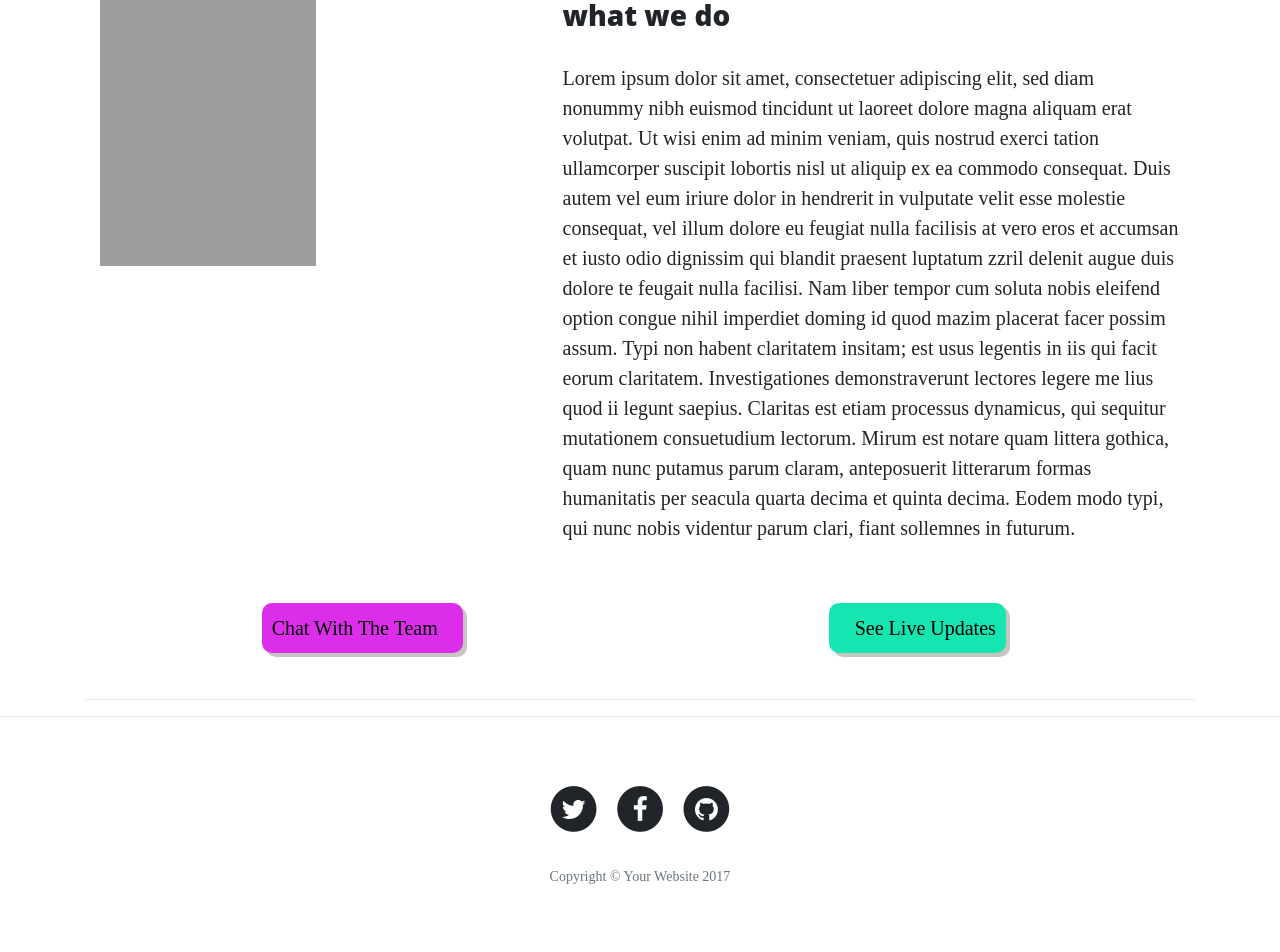
Repository: cachimiro/los-pochoclos
Page: http://localhost/charity
The author's editor kept a record of every edit. The page is drawn from the files as they stood at one moment, then again after the next edit.
The browser window is 1280 px wide. The pictures show the part of the page from y = 1902 to 2854 px (the page is 2854 px tall).
Pictures or frames that could not be fetched are drawn as grey boxes. The page is served by the project's application, run on Flask 3 (run.py). Other server files are loaded and not shown.

Above is the page before.

### templates/charity.html
{% extends 'base.html' %} {% block content %}

  <!---- style for image slide show------>

<style>
.mySlides {
  display: none;
}

img {
  vertical-align: middle;
}

/* Slideshow container */

.slideshow-container {
  max-width: 1000px;
  position: relative;
  margin: auto;
}


/* Fading animation */

.fade {
  -webkit-animation-name: fade;
  -webkit-animation-duration: 3s;
  animation-name: fade;
  animation-duration: 3s;
  width: 80%;


}

@-webkit-keyframes fade {
  from {
    opacity: .4
  }
  to {
    opacity: 1
  }
}

@keyframes fade {
  from {
    opacity: .4
  }
  to {
    opacity: 1
  }
}

/* On smaller screens, decrease text size */

@media only screen and (max-width: 300px) {
  .text {
    font-size: 11px
  }
}
.header-what-we-do{
  margin-top: 100px;

}
/*---------- style for buttons at the end of the section*/
.col-lg-6, .col-md-6, .col-sm-6 button{
  text-align: center;
  padding:10px;
}
button{
  margin: 20px;
  border-radius: 10px;
  text-decoration:none;
  background-color:#dc2deb;
  border:none;
  box-shadow: 4px 4px #c8c4c4;
}
.colour-change{
  background-color: #15e5b1;
}



</style>
<h2>

   {{ page_title }}

</h2><header class="masthead" style="background-image: url('https://scontent-lht6-1.xx.fbcdn.net/v/t1.0-9/198979_183783401664354_8256655_n.jpg?_nc_cat=107&_nc_ohc=fo7OV44w-2MAQn056HLddJiNwwdMlJGb7H2xHXyMq6WGMhgtGDJShV99A&_nc_ht=scontent-lht6-1.xx&oh=b607f42559864e66febb7cb282797aff&oe=5E6CB1C7')"><div class="overlay"></div><div class="container"><div class="row"><div class="col-lg-8 col-md-10 mx-auto"><div class="post-heading"><h1 style=" text-align:  center; margin:10px">Her Name IS Tanya</h1><h2 class="subheading" style=" text-align:  center">She is the reason this charity is taking place</h2></div></div></div></div></header><section><div class="container"><div class="row"><div class="col-lg-7 col-md-7 "><h3>why we do it</h3><p>Lorem ipsum dolor sit amet,
consectetuer adipiscing elit,
sed diam nonummy nibh euismod tincidunt ut laoreet dolore magna aliquam erat volutpat. Ut wisi enim ad minim veniam,
quis nostrud exerci tation ullamcorper suscipit lobortis nisl ut aliquip ex ea commodo consequat. Duis autem vel eum iriure dolor in hendrerit in vulputate velit esse molestie consequat,
vel illum dolore eu feugiat nulla facilisis at vero eros et accumsan et iusto odio dignissim qui blandit praesent luptatum zzril delenit augue duis dolore te feugait nulla facilisi. Nam liber tempor cum soluta nobis eleifend option congue nihil imperdiet doming id quod mazim placerat facer possim assum. Typi non habent claritatem insitam;
est usus legentis in iis qui facit eorum claritatem. Investigationes demonstraverunt lectores legere me lius quod ii legunt saepius. Claritas est etiam processus dynamicus,
qui sequitur mutationem consuetudium lectorum. Mirum est notare quam littera gothica,
quam nunc putamus parum claram,
anteposuerit litterarum formas humanitatis per seacula quarta decima et quinta decima. Eodem modo typi,
qui nunc nobis videntur parum clari,
fiant sollemnes in futurum.</p>
</div>
<div class="col-lg-5 col-md-5 " id="slide-show-photos">
  <div class="slideshow-container">
    <div class="mySlides fade">
      <img src="../static/img/tanya.jpg" style="width:100%"></div>
      <div class="mySlides fade">
        <img src="../static/img/tanya johann me.jpg" style="width:100%">
        </div>
        <div class="mySlides fade">
          <img src="../static/img/tanya johann boat.jpg" style="width:100%">
          </div>
          <div class="mySlides fade">
            <img src="https://scontent-lht6-1.xx.fbcdn.net/v/t1.0-9/25386_102864843089544_4935509_n.jpg?_nc_cat=103&_nc_ohc=gEBut99aF3IAQkGh2dldj7rDEqOye1kls_eliVdeWwcZ1DdaCadag5gFQ&_nc_ht=scontent-lht6-1.xx&oh=cae8cc26c64154a938cf9d5bbbaead0b&oe=5E72ED2F" style="width:100%">
            </div>
            <div class="mySlides fade">
              <img src="https://scontent-lht6-1.xx.fbcdn.net/v/t1.0-9/180900_177976592245035_1671228_n.jpg?_nc_cat=109&_nc_ohc=qDvnJq8rDvAAQloh-x4Y1ss8SHi2GQDt0S3Kc7WZ157JWn1C8r6mT0zFA&_nc_ht=scontent-lht6-1.xx&oh=0b086a2d586bd58b9278851fe02b9c69&oe=5E89726A" style="width:100%">
              </div>
              <div class="mySlides fade">
                <img src="https://scontent-lht6-1.xx.fbcdn.net/v/t1.0-9/39856_129568613752500_1749319_n.jpg?_nc_cat=107&_nc_ohc=VbtnikZ4UBIAQm_39U4ICHl5PVwWSM9EfFt46WSFkuyafOAVk16vLfBNQ&_nc_ht=scontent-lht6-1.xx&oh=3916972b16bf0ef1aaa6dbd30f918e8c&oe=5E857C1F" style="width:100%">
                </div>
                <div class="mySlides fade">
                  <img src="https://scontent-lht6-1.xx.fbcdn.net/v/t1.0-9/23616_102168856492476_1335747_n.jpg?_nc_cat=100&_nc_ohc=_Y0Ii_6dvjcAQld-oXSXNZD6aHam7c5aFn1_Psz9tGSr24VNRF43ApxNg&_nc_ht=scontent-lht6-1.xx&oh=45c7b910adaab8b106013aae4438ef9c&oe=5E7C4A69" style="width:100%">
                  </div>
                  <div class="mySlides fade">
                    <img src="https://scontent-lht6-1.xx.fbcdn.net/v/t1.0-9/23616_102168843159144_7658005_n.jpg?_nc_cat=105&_nc_ohc=C1_1UhY55poAQmDDsgh1mSU5BhCB98OIYsiea9VLHcAAWtw3R7zCmK9Qw&_nc_ht=scontent-lht6-1.xx&oh=c30c6dd46ef4eb20c48488902b23b23b&oe=5E679151" style="width:100%">
                    </div>
                    <div class="mySlides fade">
                      <img src="https://scontent-lht6-1.xx.fbcdn.net/v/t1.0-9/23616_102168839825811_4312866_n.jpg?_nc_cat=103&_nc_ohc=7XZMiaFhE68AQlGjjlRyDXl-6vRoc4kv43HAD3T51gYsdx9m0FwPdykvA&_nc_ht=scontent-lht6-1.xx&oh=14b57c4db923190f0b434e5ee2c40ac8&oe=5E84D878" style="width:100%">
                      </div>
                      <div class="mySlides fade">
                        <img src="https://scontent-lht6-1.xx.fbcdn.net/v/t1.0-9/23616_102168826492479_7425229_n.jpg?_nc_cat=102&_nc_ohc=P069FW_Xm0MAQmMMkUpeGYPFX3nCmj2GIx885TjCuPyCAKm8NxeiozWWA&_nc_ht=scontent-lht6-1.xx&oh=7587277eeb2a455100c6cf21e5ccabec&oe=5E7725B3" style="width:100%">
                        </div>
                        <div class="mySlides fade">
                          <img src="https://scontent-lht6-1.xx.fbcdn.net/v/t1.0-9/23616_102168796492482_5337829_n.jpg?_nc_cat=111&_nc_ohc=h9tve8Wh-joAQlkQ4HomnAXcCsh_u3Y_tedr8m8sGSzLUf8caP8--Y27g&_nc_ht=scontent-lht6-1.xx&oh=75648782b4571c95bec1810f26d56d2e&oe=5E6C4F18" style="width:100%">
                          </div>

                          </div>
                          </div>
                          <div class="container">
                            <div class="row">
                              <div class="col-lg-5 col-md-5 ">

                  <img src="https://image.freepik.com/free-vector/red-coming-soon-neon-icon-vector_53876-63152.jpg"></img>

       </div>
     <div class="col-lg-7 col-md-7 ">
   <h3 class="header-what-we-do">what we do</h3>
   <p>Lorem ipsum dolor sit amet,
consectetuer adipiscing elit,
sed diam nonummy nibh euismod tincidunt ut laoreet dolore magna aliquam erat volutpat. Ut wisi enim ad minim veniam,
quis nostrud exerci tation ullamcorper suscipit lobortis nisl ut aliquip ex ea commodo consequat. Duis autem vel eum iriure dolor in hendrerit in vulputate velit esse molestie consequat,
vel illum dolore eu feugiat nulla facilisis at vero eros et accumsan et iusto odio dignissim qui blandit praesent luptatum zzril delenit augue duis dolore te feugait nulla facilisi. Nam liber tempor cum soluta nobis eleifend option congue nihil imperdiet doming id quod mazim placerat facer possim assum. Typi non habent claritatem insitam;
est usus legentis in iis qui facit eorum claritatem. Investigationes demonstraverunt lectores legere me lius quod ii legunt saepius. Claritas est etiam processus dynamicus,
qui sequitur mutationem consuetudium lectorum. Mirum est notare quam littera gothica,
quam nunc putamus parum claram,
anteposuerit litterarum formas humanitatis per seacula quarta decima et quinta decima. Eodem modo typi,
qui nunc nobis videntur parum clari,
fiant sollemnes in futurum.</p>

</p>
</div>
</div>
</div>
<div class="container">
  <div class="row">
    <div class="col-lg-6 col-md-6 col-sm-6">
      <button>Chat With The Team<i class="fas fa-users"></i></button>
    </div>
    <div class="col-lg-6 col-md-6 col-sm-6">
      <button class="colour-change"><i class="fas fa-users"></i>See Live Updates</button>
    </div>
  </div>
</div>
</section>
<hr>
<script>
var slideIndex=0;
showSlides();

function showSlides() {
  var i;
  var slides=document.getElementsByClassName("mySlides");
  var stopSlideShow=document.getElementsByClassName('stop-Slide-Show');
  for (i=0;
  i < slides.length;
  i++) {
    slides[i].style.display="none";
  }
  slideIndex++;
  if (slideIndex > slides.length) {
    slideIndex=1
  }

  slides[slideIndex-1].style.display="block";
  setTimeout(showSlides, 3000); // Change image every 2 seconds

}




</script>
{% endblock %}

### templates/base.html
<!DOCTYPE html>
<html lang="en">
<head>
    <meta charset="UTF-8">
    <meta name="viewport" content="width=device-width, initial-scale=1.0">
    <meta http-equiv="X-UA-Compatible" content="ie=edge">
    <link href="https://stackpath.bootstrapcdn.com/font-awesome/4.7.0/css/font-awesome.min.css" rel="stylesheet" integrity="sha384-wvfXpqpZZVQGK6TAh5PVlGOfQNHSoD2xbE+QkPxCAFlNEevoEH3Sl0sibVcOQVnN" crossorigin="anonymous">
    <link href="{{ url_for('static', filename='vendor/bootstrap/css/bootstrap.min.css') }}" rel="stylesheet">
    <link rel="stylesheet" href="{{ url_for('static', filename='css/clean-blog.min.css') }}" type="text/css" />
    <link rel="stylesheet" href="{{ url_for('static', filename='css/style.css') }}" type="text/css" />
    <title>Los Pochocolos</title>
</head>
<body>
    <!-- Navigation -->
    <nav class="navbar navbar-expand-lg navbar-light fixed-top" id="mainNav">
        <div class="container">
            <a class="navbar-brand" href="{{url_for('index') }}">Finca Los Pochocolos</a>
            <button class="navbar-toggler navbar-toggler-right" type="button" data-toggle="collapse" data-target="#navbarResponsive" aria-controls="navbarResponsive" aria-expanded="false" aria-label="Toggle navigation">
          Menu
          <i class="fa fa-bars"></i>
        </button>
            <div class="collapse navbar-collapse" id="navbarResponsive">
                <ul class="navbar-nav ml-auto">
                    <li class="nav-item">
                        <a class="nav-link" href="{{ url_for('index') }}">Home</a>
                    </li>
                    <li class="nav-item">
                        <a class="nav-link" href="{{ url_for('about') }}">About</a>
                    </li>
                    <li class="nav-item">
                        <a class="nav-link" href="{{ url_for('contact') }}">Contact</a>
                    </li>
                    <li class="nav-item">
                        <a class="nav-link" href="{{ url_for('careers') }}">Careers</a>
                    </li>
                       <li class="nav-item">
                        <a class="nav-link" href="{{ url_for('charity') }}">Charity</a>
                    </li>
                </ul>
            </div>
        </div>
    </nav>

    <!-- Page Header -->
    <header class="masthead" style="background-image: url('https://berakatours.com/wp-content/uploads/2017/09/Avistamiento-Aves-Colombia.jpg')">
        <div class="overlay"></div>
        <div class="container">
            <div class="row">
                <div class="col-lg-8 col-md-10 mx-auto">
                    <div class="site-heading">
                        <h1>Los Pocholos</h1>
                        <span class="subheading">Turismo En La Guajira Colombia</span>
                    </div>
                </div>
            </div>
        </div>
    </header>

    <!-- Main Content -->
    <div class="container">
        {% block content %} {% endblock %}
    </div>

    <hr>

    <!-- Footer -->
    <footer>
        <div class="container">
            <div class="row">
                <div class="col-lg-8 col-md-10 mx-auto">
                    <ul class="list-inline text-center">
                        <li class="list-inline-item">
                            <a href="#">
                                <span class="fa-stack fa-lg">
                    <i class="fa fa-circle fa-stack-2x"></i>
                    <i class="fa fa-twitter fa-stack-1x fa-inverse"></i>
                  </span>
                            </a>
                        </li>
                        <li class="list-inline-item">
                            <a href="#">
                                <span class="fa-stack fa-lg">
                    <i class="fa fa-circle fa-stack-2x"></i>
                    <i class="fa fa-facebook fa-stack-1x fa-inverse"></i>
                  </span>
                            </a>
                        </li>
                        <li class="list-inline-item">
                            <a href="#">
                                <span class="fa-stack fa-lg">
                    <i class="fa fa-circle fa-stack-2x"></i>
                    <i class="fa fa-github fa-stack-1x fa-inverse"></i>
                  </span>
                            </a>
                        </li>
                    </ul>
                    <p class="copyright text-muted">Copyright &copy; Your Website 2017</p>
                </div>
            </div>
        </div>
    </footer>

    <!-- Bootstrap core JavaScript -->
    <script src="{{ url_for('static', filename='vendor/jquery/jquery.min.js') }}"></script>
    <script src="{{ url_for('static', filename='vendor/bootstrap/js/bootstrap.bundle.min.js') }}"></script>

    <!-- Custom scripts for this template -->
    <script src="{{ url_for('static', filename='js/clean-blog.min.js') }}"></script>

</body>
</html>

### run.py
import os
import json
from flask import Flask, render_template, request,redirect, flash, url_for
from flask_pymongo import PyMongo
from bson.objectid import ObjectId

app = Flask(__name__)
app.config["MONGO_DBNAME"] = 'reviews'
app.config["MONGO_URI"] = "mongodb+srv://root:Johann@myfirstcluster-ugp0n.mongodb.net/reviews?retryWrites=true&w=majority"

mongo = PyMongo(app)
app.secret_key = "cachimiro"

# code to be ble to see reviews
@app.route('/view_reviews')
def get_reviews():
    return render_template("reviews.html", opinion=mongo.db.opinion.find())

# this line of code will allow costumesr to add reviews
@app.route('/add_review')
def add_review():
    return render_template('add-reviews.html')


@app.route('/add_review', methods=['POST'])
def insert_task():
    tasks = mongo.db.opinion
    tasks.insert_one(request.form.to_dict())
    return redirect(url_for('get_reviews'))

# code for conecting templates
@app.route('/')
def index():
    return render_template("index.html")


@app.route('/about')
def about():
    data = []
    with open("data/company.json", "r") as json_data:
        data = json.load(json_data)
    return render_template("about.html", page_title="About", company=data)

@app.route('/about/<member_name>')
def about_member(member_name):
    member = {}

    with open("data/company.json", "r") as json_data:
        data = json.load(json_data)
        for obj in data:
            if obj["url"] == member_name:
                member = obj

    return render_template("member.html", member=member)




@app.route('/contact', methods=["GET", "POST"])
def contact():
    if request.method == "POST":
        flash("Thanks {}, we have received your message".format(
            request.form["name"]
        ))
    return render_template("contact.html", page_title="Contact")


@app.route('/careers')
def careers():
   return render_template("careers.html", page_title="careers")

@app.route('/charity')
def charity():
   return render_template("charity.html", page_title="charity")

if __name__ == '__main__':
    app.run(host=os.environ.get('IP'),
            port=int(os.environ.get('PORT')),
            debug=True)


# chat function will go here all the code thats going to be provided from here is for that chat area
#pesonal note i will coment out this section for a moment need to work on other html
"""
import os
from datetime import datetime
from flask import Flask, redirect, render_template, request, session, url_for


app = Flask(__name__)
app.secret_key = os.getenv("SECRET","randomstring123")
messages = []


def add_message(username, message):
    #Add messages to the `messages` list
    now = datetime.now().strftime("%H:%M:%S")
    messages.append({"timestamp": now, "from": username, "message": message})


@app.route("/", methods=["GET", "POST"])
def chat_room():
    #Main page with instructions
    if request.method == "POST":
        session["username"] = request.form["username"]

    if "username" in session:
        return redirect(url_for("user", username=session["username"]))

    return render_template("index.html")


@app.route("/chat/<username>", methods=["GET", "POST"])
def user(username):
    #Add and display chat messages
    if request.method == "POST":
        username = session["username"]
        message = request.form["message"]
        add_message(username, message)
        return redirect(url_for("user", username=session["username"]))

    return render_template("chat.html", username=username,
                           chat_messages=messages)


app.run(host=os.getenv("IP", "0.0.0.0"),
        port=int(os.getenv("PORT", "5000")), debug=False)

 """

### static/css/style.css
.col-md-5 img {
    width: 50%;
    height: 50%;
    margin-top: 30px;
    margin-bottom: 50px;

}

Loaded but not shown: static/css/clean-blog.min.css (library); static/js/clean-blog.min.js (common file)

After the next edit:
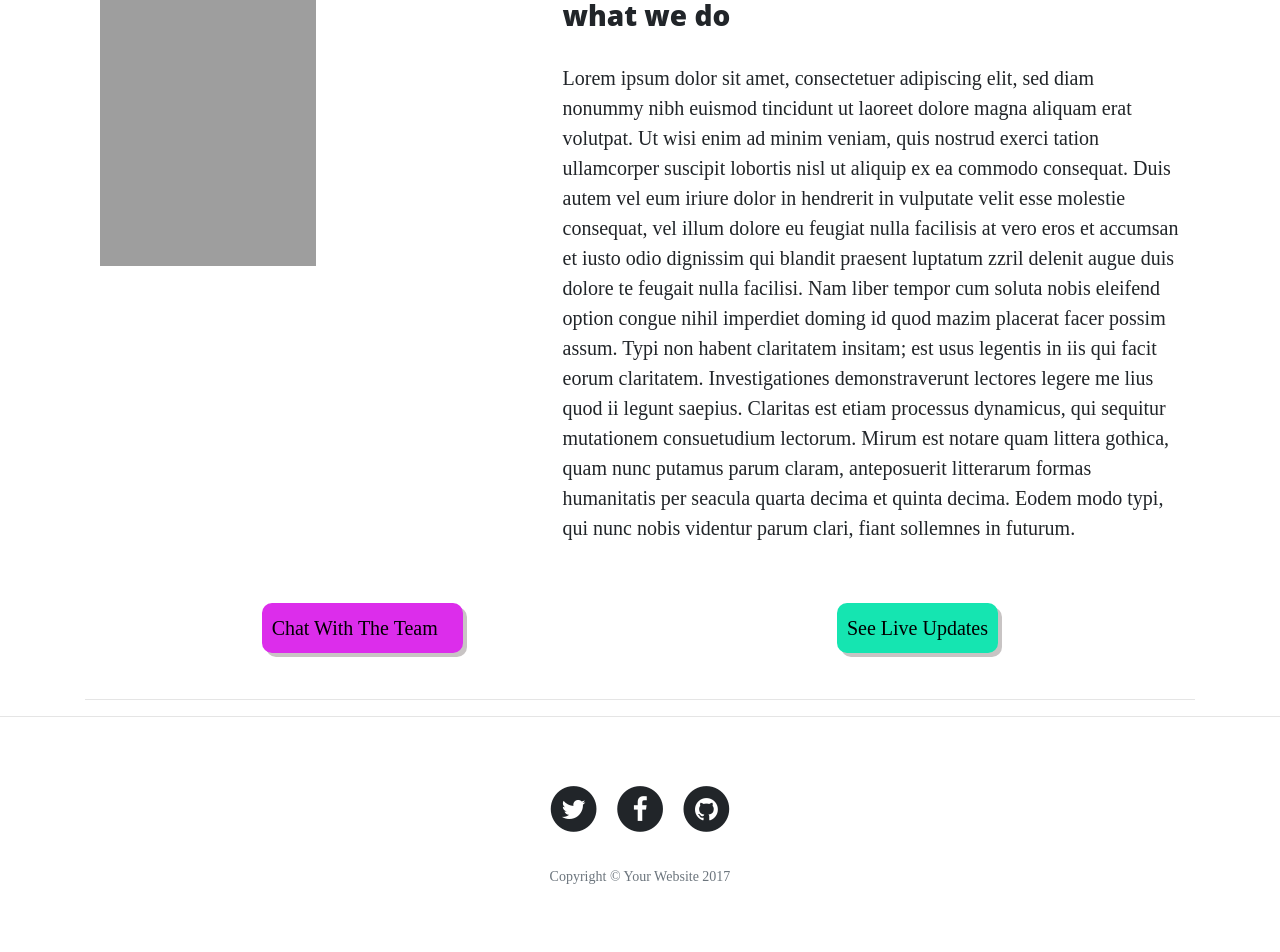
The edit:
--- a/templates/charity.html
+++ b/templates/charity.html
@@ -165,7 +165,7 @@
       <button>Chat With The Team<i class="fas fa-users"></i></button>
     </div>
     <div class="col-lg-6 col-md-6 col-sm-6">
-      <button class="colour-change"><i class="fas fa-users"></i>See Live Updates</button>
+      <button class="colour-change">See Live Updates</button>
     </div>
   </div>
 </div>
